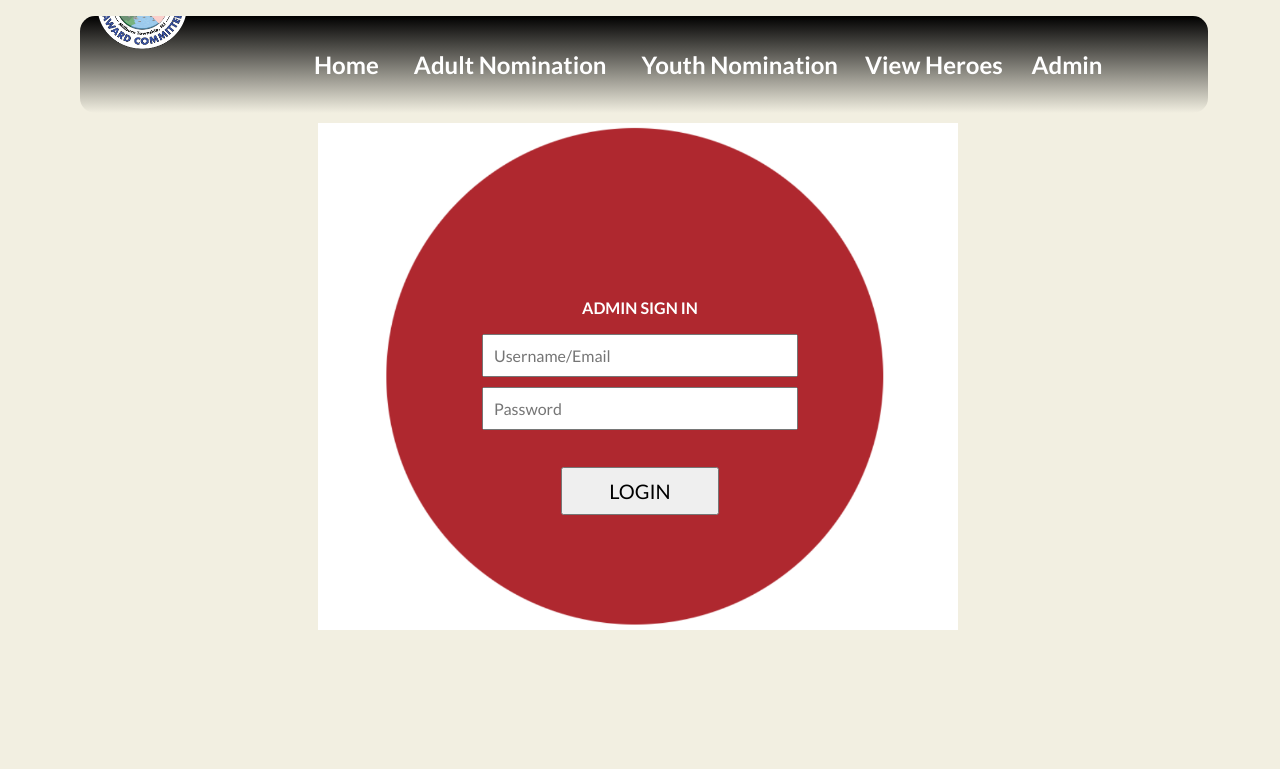
Repository: Centrattic/CSAC
Page: http://localhost/Frontend/loginpage.php
An editor plug-in stored every save of this project. The page is shown before and after the next save, followed by the edit.
The browser window is 1280 px wide. The pictures show the whole page.
The page is run by PHP 8.4 with error messages shown; the project is at /var/www/html/.

Above is the page before, as saved 2020-12-22 18:36:30.

### Frontend/loginpage.php
<?php
require('../Backend/functions.php');
session_start();

echo('
<html>
  <head>
    <link rel = "stylesheet" href = "../CSS/navbar.css">
    <link href="https://fonts.googleapis.com/css2?family=Lato:ital,wght@0,400;0,700;1,300;1,400&display=swap" rel="stylesheet">
  </head>
  <body>');

  navbar();

  echo(' <div class = "circle">
        <div id = "h1-sizing">
            <h1 id = "admin"> ADMIN SIGN IN </h1>
        </div>
            <form method = "post" id = "login" action = "../Backend/loginscript.php">
            <div class = "login-list">
                <input  class = "login-info" required type = "text" name = "emailuid" placeholder = "Username/Email">
                <input class = "login-info" required type = "password" name = "pwd" placeholder = "Password">
                <button id = "login-submit" class = "login-info"  type = "submit" name = "login-submit">LOGIN</button>

            </div>
            </form>
    </div>'
);


echo('
<style>

    .circle {
        background-image: url("../Images/circle.png ");
        width: 50vw;
        height: 50vw;
        background-repeat: no-repeat;
        background-size: 50vw;
        margin: 0 auto;
    }

    * {
        text-align: center;
        font-family: "Lato", sans-serif;
    }

    .login-list {
        margin: 0 auto;
        width: 50%;
    }

    .login-info {
        width: 100%;
        margin: 5px 0;
        padding: 10px;
        text-align: left;
    }

    #admin {
        color: white;
    }

    #h1-sizing {
        height: 30%;
        display: flex;
        align-items: flex-end;
        justify-content: center;

    }

    #login-submit {
        margin-top: 10%;
        text-align: center;
        width: 50%;
        font-size: 1.25em;
    }


</style>
')


?>

### CSS/navbar.css
* {
    text-align: center;
    padding: 2px;
    margin: 2px;
    font-family: 'Lato', sans-serif;
    font-size: 1em;
}

body {
    background-color: #F2EFE1;
}


.menu-area li{
    display: inline;
    color: white;
    font-weight: bold;
    font-size: 1.5em;
    padding-bottom: 10px;
}

.menu-area .non-dropdown a{
    display: inline-block;
    padding: 30px 10px;
    color: white;
    box-sizing: border-box;

}

.menu-area a {
    text-decoration: none;
    color: white;
}

.menu-area .nav-dropdown .dropdown-content li a{
    display: inline-block;
    text-align: center;
    padding: 14px 16px;
    text-decoration: none;
}

.menu-area {
    width: 100%;
    background-image: linear-gradient(black, #F2EFE1);
    overflow: hidden;
    border-radius: 15px;
}

.menu-area .non-dropdown:hover{
    border-radius: 0px;
    border-bottom: 10px solid aliceblue;
}

.menu-area li a {
    box-sizing: border-box;
}

.nav-dropbtn {
    text-decoration: none;
    color: white;
}

/*FIX THIS LATER*/


#logout {
    all: unset;
}

body {
    margin: 0 5%;
}

/* ------------------*/



li.nav-dropdown {
    display: inline-block;
}

.dropdown-content {
    display: none;
    position: absolute;
    background-color: #f9f9f9;
    min-width: 150px;
    box-shadow: 0px 8px 16px 0px rgba(0,0,0,0.2);
    z-index: 1;

}

.dropdown-content a {
    color: black;
    padding: 12px 16px;
    text-decoration: none;
    display: block;
    font-size: .9em;
    text-align: left;
}


.dropdown-content a:hover {
    background-color: #f1f1f1;
}


.nav-dropdown:hover .dropdown-content {
    display: block;
    border-radius: 0px;
}


/* Footer*/



.site-footer {
    background-color: #E2DECC;
      text-align: center;
      margin: 10px 0;
      padding: 10px 0;
  }

  #social-wrapper {
      text-align: center;
  }

  /*Social Media Icons*/
  .social-wrapper {
      text-align: center;
  }

  .social-wrapper ul li {
      display: inline;
      margin: 0 5px;
  }

  .twitter-icon,
  .facebook-icon,
  .instagram-icon,
  .linkedin-icon,
  .googleplus-icon,
  .youtube-icon,
  .foursquare-icon{
      margin-top: .625em;
      width: 40px;
      height: 40px;
      opacity: .6;
      filter: alpha(opacity=60); /* For IE8 and earlier */
    border-radius: 25px;
  }

  .twitter-icon:hover,
  .facebook-icon:hover,
  .instagram-icon:hover,
  .linkedin-icon:hover,
  .googleplus-icon:hover,
  .youtube-icon:hover,
  .foursquare-icon:hover {
      opacity: 1.0;
      filter: alpha(opacity=100); /* For IE8 and earlier */
  }

  .footer-nav p {
      text-align: center;
  }

Loaded but not shown: Backend/functions.php (863 lines, source omitted)

After the next save:
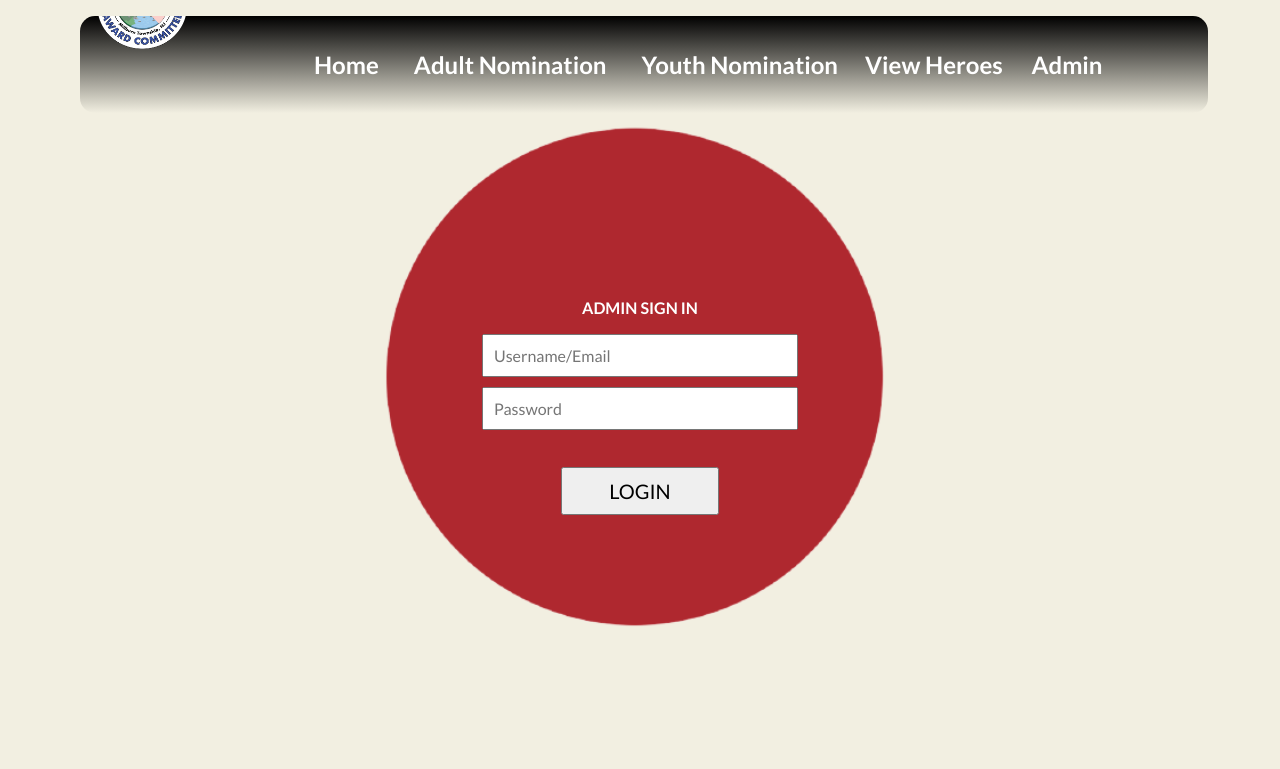
Saved 2 min 13 s later.
--- a/Frontend/loginpage.php
+++ b/Frontend/loginpage.php
@@ -32,7 +32,7 @@ echo('
 <style>
 
     .circle {
-        background-image: url("../Images/circle.png ");
+        background-image: url("../Images/circle1.png ");
         width: 50vw;
         height: 50vw;
         background-repeat: no-repeat;
